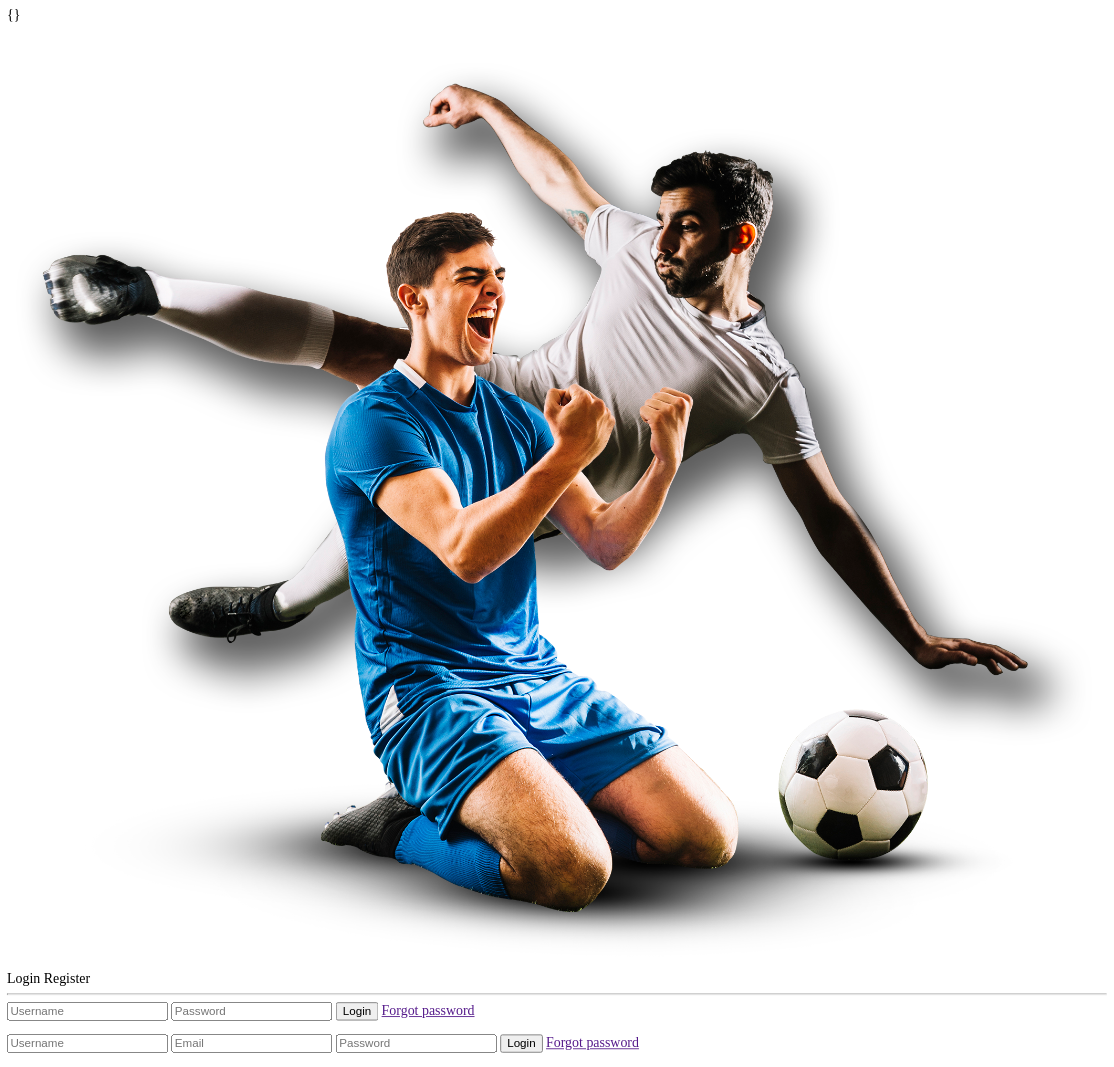
Repository: ritikalohia/tepid_store
Page: http://localhost/account/
These files come from the project's save history. The page is drawn as it stood at one moment and after a run of saves; the edit follows.
The browser window is 1280 px wide. The pictures show the whole page, at 87% of full size.
The page is served by the project's application, run on Django 3.2 (ecommerce_webapp/manage.py).

Above is the page before, as saved 2021-06-10 13:31:03.

After the next 7 saves:
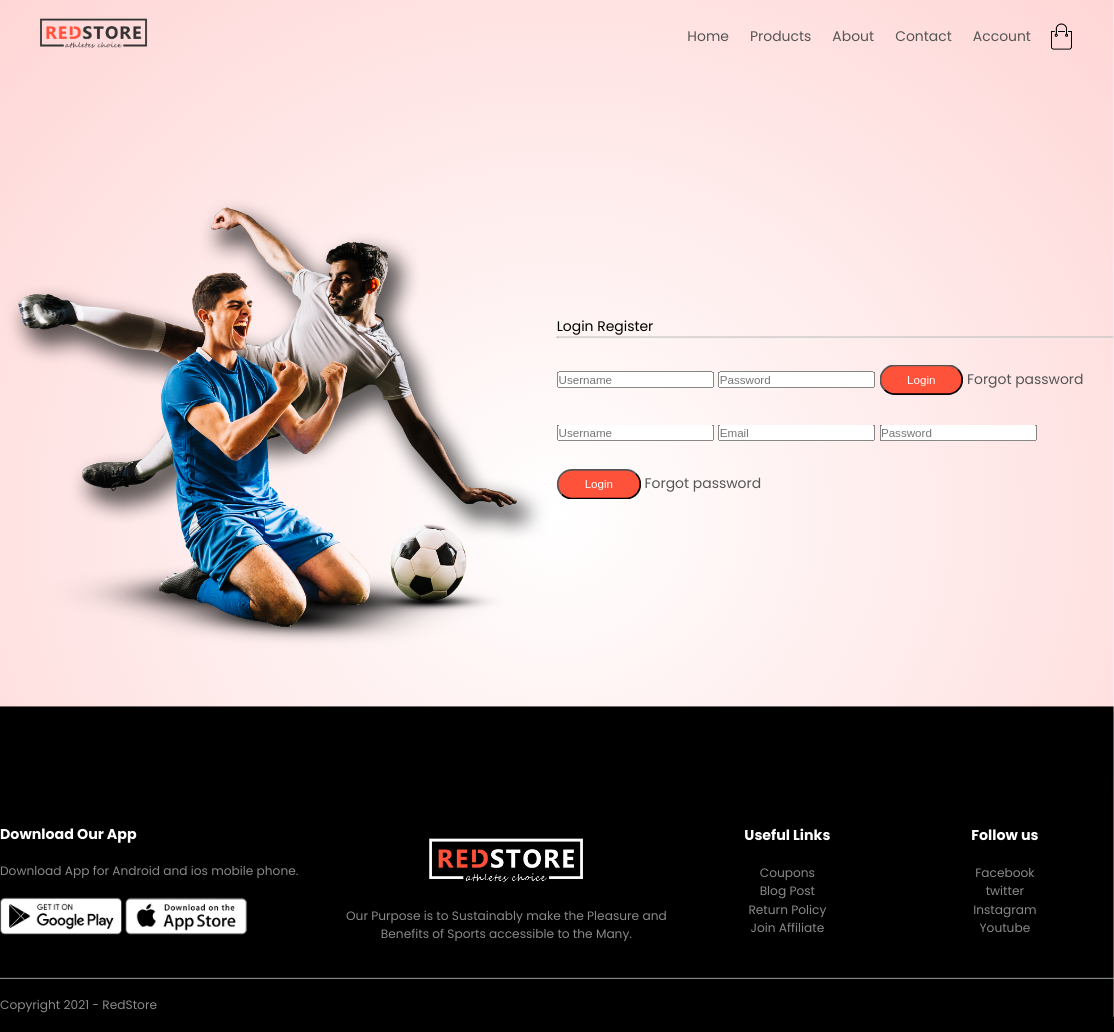
Console error: ReferenceError: menuItems is not defined
The 7 saves are shown as one change because 4 did not build or start and some came seconds apart.
The last was saved 43 s later.
--- a/ecommerce_webapp/templates/login_signin.html
+++ b/ecommerce_webapp/templates/login_signin.html
@@ -1,6 +1,9 @@
 
+{% extends 'basic.html' %}
 
-{}
+{% block body %}
+
+{% load static %}
  <!---account page------>
     <div class="account-page">
         <div class="row">
@@ -33,3 +36,5 @@
 
         </div>
     </div>
+
+    {%endblock%}
